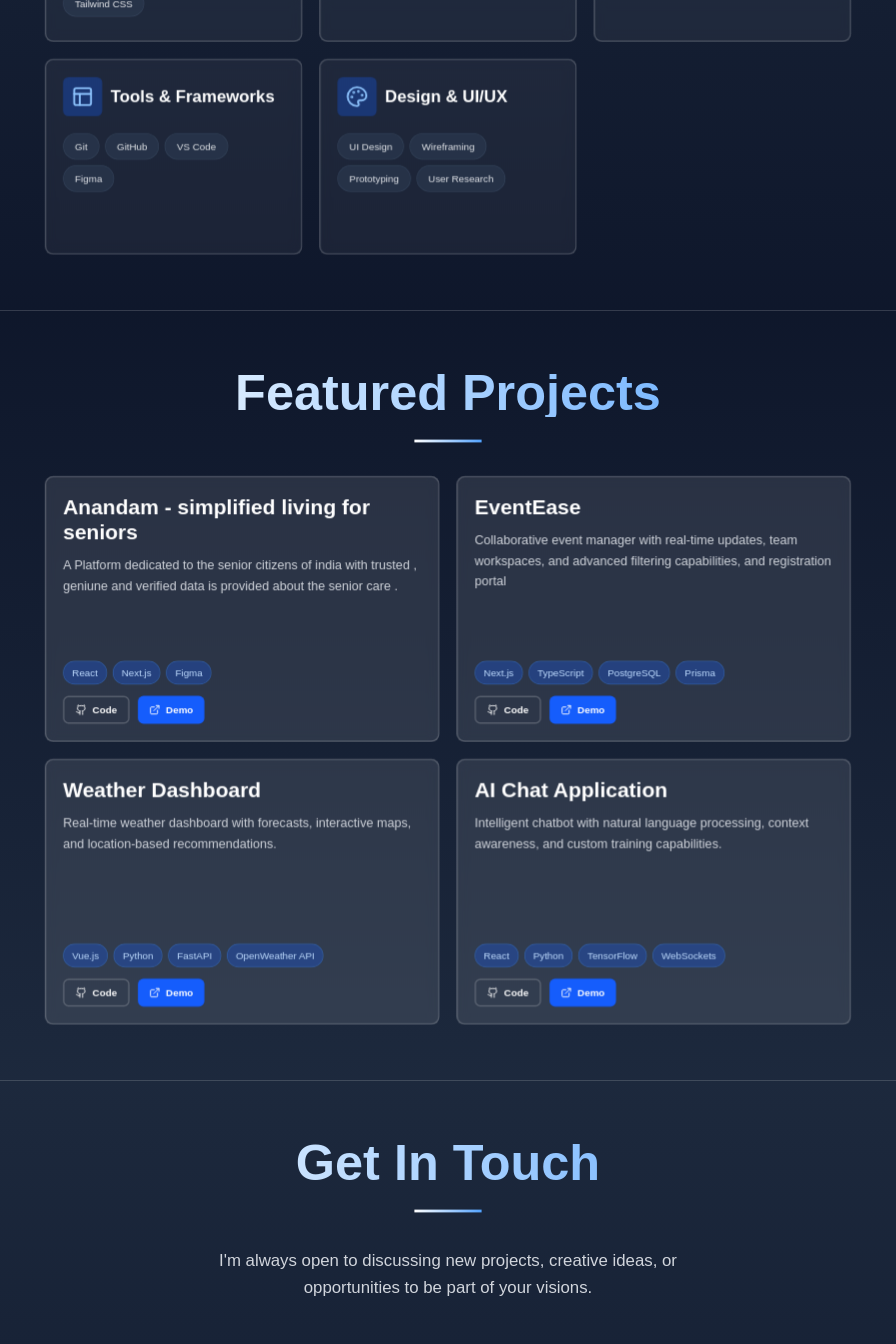
Repository: harshikabodekar/portfolio_awp
Page: /
An editor plug-in stored every save of this project. The page is shown before and after a run of saves, followed by the edit.
The browser window is 1280 px wide. The pictures show the part of the page from y = 2290 to 4210 px (the page is 4940 px tall), at 70% of full size.
The project was rebuilt for these pictures with package versions that can differ from the ones it lists, and the page was loaded fresh each time. The framework's server and built-in components were replaced by stand-ins that run in the browser. Also part of the build but not shown: next.config.mjs.

Above is the page before, as saved 2025-10-15 21:44:44.

After the next 3 saves:
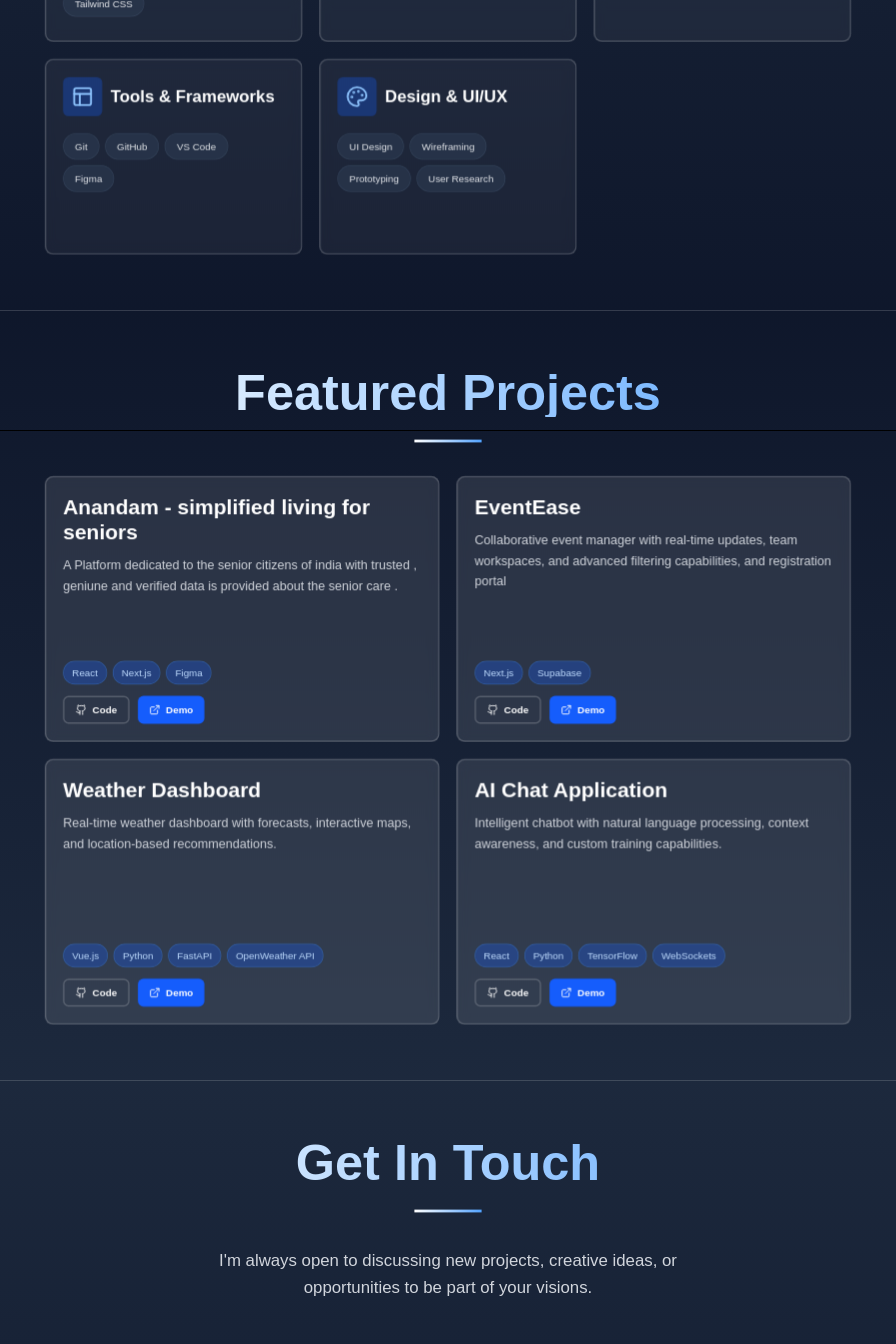
The 3 saves are shown as one change because 1 did not build or start and some came seconds apart.
The last was saved 23 s later.
--- a/src/app/components/Project.js
+++ b/src/app/components/Project.js
@@ -13,7 +13,7 @@ const Projects = () => {
     {
       title: "EventEase",
       description: "Collaborative event manager with real-time updates, team workspaces, and advanced filtering capabilities, and registration portal",
-      tech: ["Next.js", "TypeScript", "PostgreSQL", "Prisma"],
+      tech: ["Next.js", "Supabase"],
 
     },
     {
